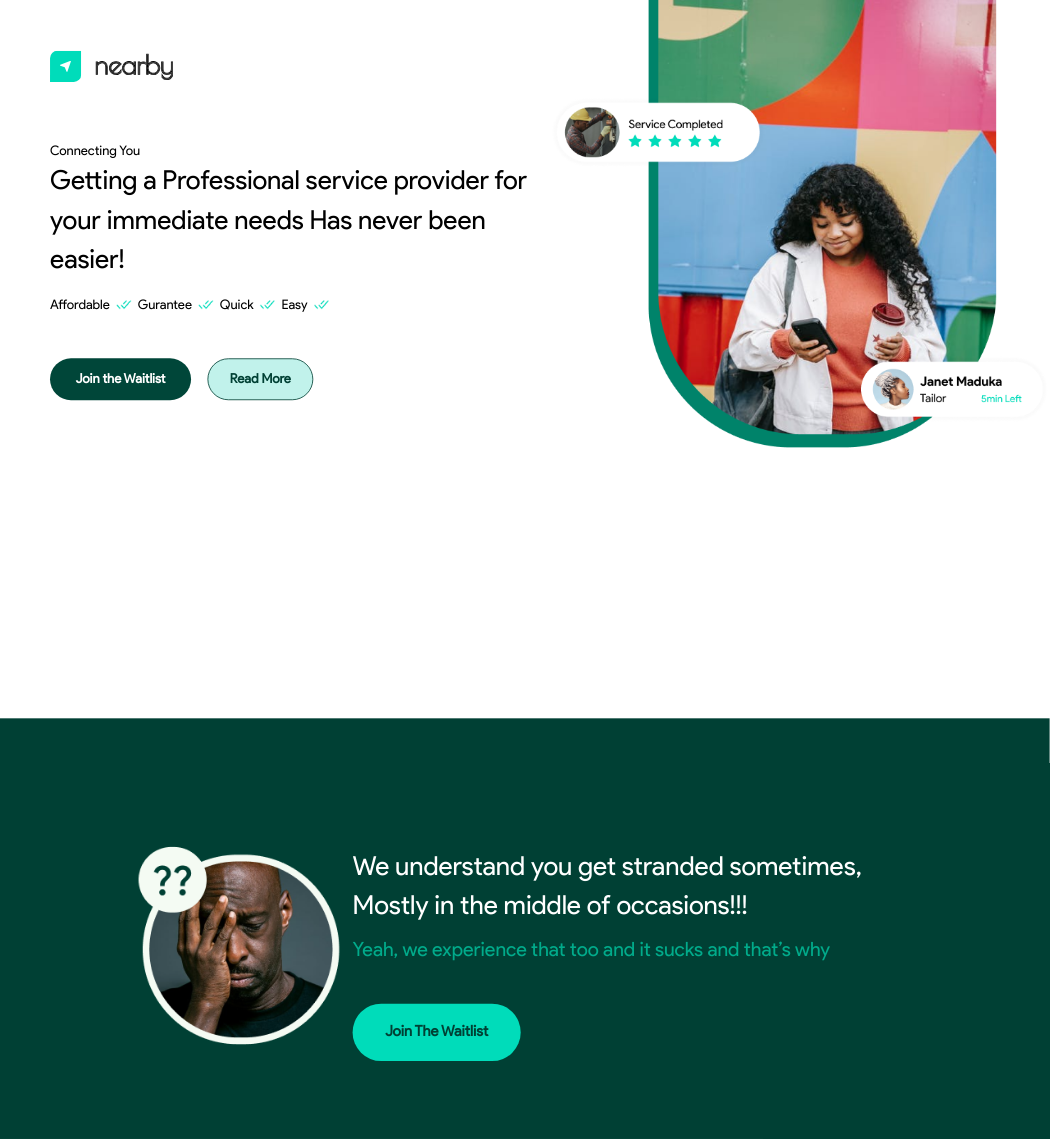
Repository: Eugene44-hub/Mearby
Page: /
The author's editor kept a copy of each file at every save. The page is drawn from the files as they stood at one save, then again after the next save.
The browser window is 1280 px wide. The pictures show the whole page, at 82% of full size.
The project was rebuilt for these pictures with package versions that can differ from the ones it lists, and the page was loaded fresh each time.

Above is the page before, as saved 2022-04-30 07:29:06.

After the next save:
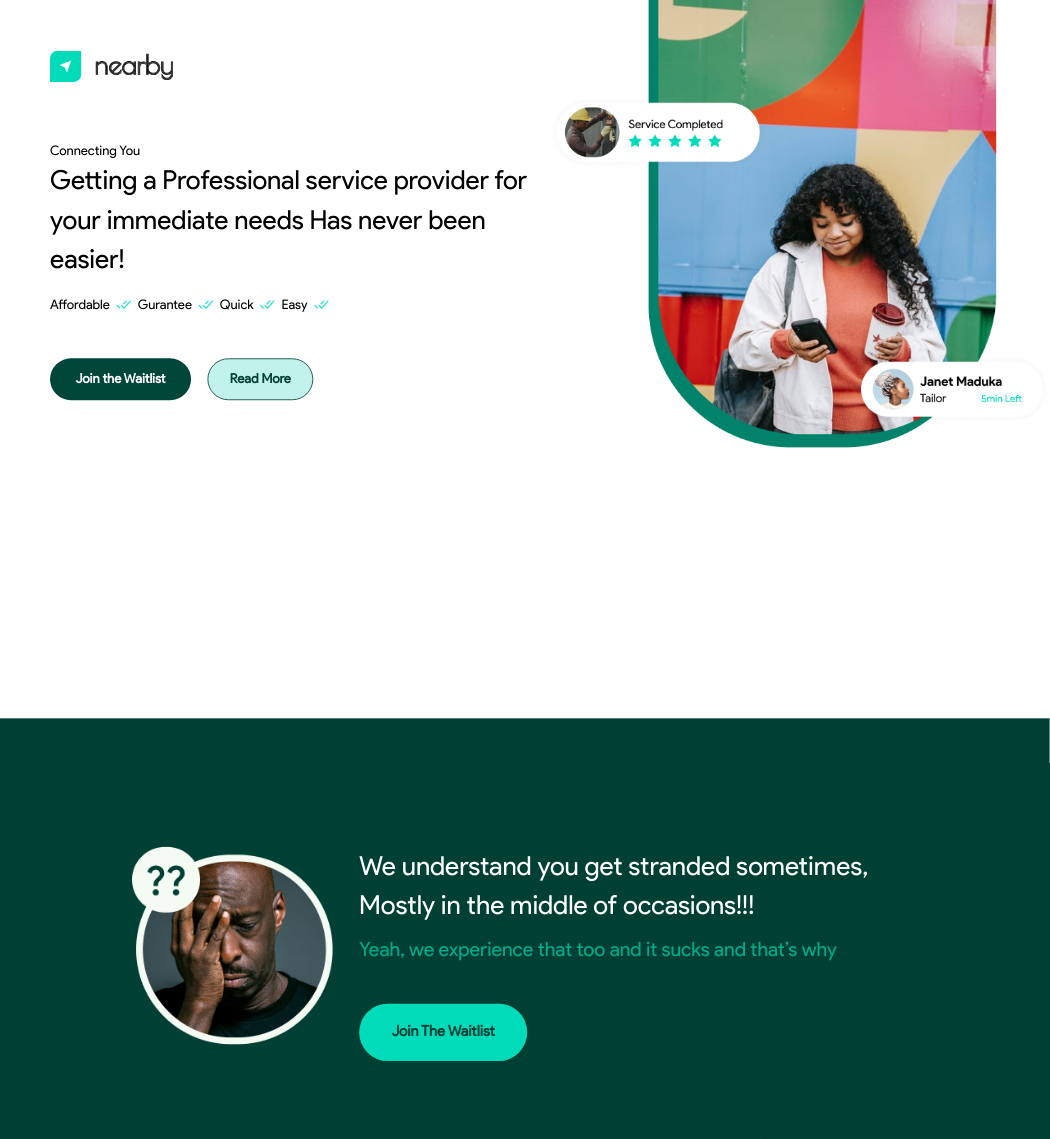
Saved 15 s later.
--- a/src/components/understand/Understand.tsx
+++ b/src/components/understand/Understand.tsx
@@ -7,7 +7,7 @@ const Understand = () => {
  <div className='md:px-0 px-5 pt-[9.75rem] md:flex justify-center  relative mt-[20rem]'>
 
 <img src={understand} className=" absolute block md:hidden translate-x-[-50%] left-[50%] top-[-20%]" alt="understand" />
-<div className='md:block hidden mr-[1rem]'>
+<div className='md:block hidden mr-[2rem]'>
 <img src={understand} className=" w-[100%]"alt="understand" />
 
 </div>
